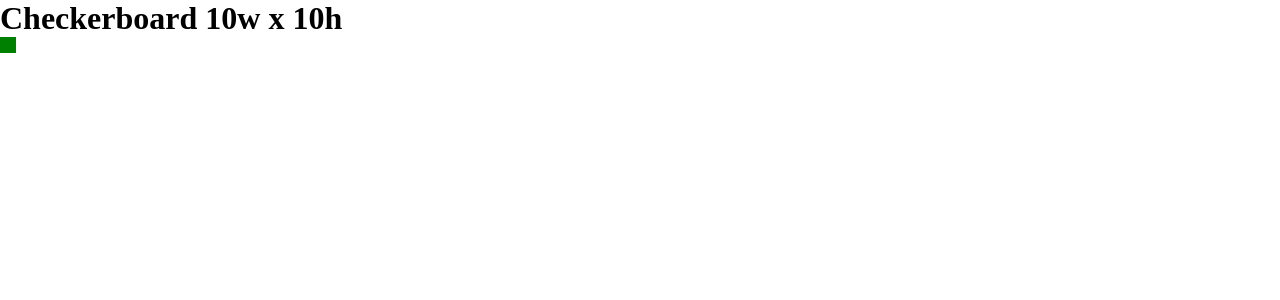
Repository: bchang1213/javaEE
Page: http://localhost/Checkerboard/view.jsp
These files come from the project's save history. The page is drawn as it stood at one moment and after a run of saves; the edit follows.
The browser window is 1280 px wide. The pictures show the whole page.
The page is served by Tomcat 9.

Above is the page before, as saved 2017-10-05 20:40:09.

### Checkerboard/WebContent/view.jsp
<%@ page language="java" contentType="text/html; charset=UTF-8"
    pageEncoding="UTF-8"%>
<!DOCTYPE html PUBLIC "-//W3C//DTD HTML 4.01 Transitional//EN" "http://www.w3.org/TR/html4/loose.dtd">
<html>
<head>
	<meta http-equiv="Content-Type" content="text/html; charset=UTF-8">
	<title>Checkerboard</title>
	<link rel="stylesheet" type="text/css" href="style.css">
</head>
<body>

	<%
	String w = request.getParameter("width");
	String h = request.getParameter("height");
	Integer width = 0;
	Integer height = 0;
	%>
	<% if(w == null) { %>
		<% width = 10; %>
	<% } else { %>
		<% width = Integer.parseInt(w); %>
	<% } %>

	<% if(h == null) { %>
		<% height = 10; %>
	<% } else { %>
		<% height = Integer.parseInt(h); %>
	<% } %>

	<h1>Checkerboard <%= width %>w x <%=  height %>h</h1>
	<div id="checkerboard">
		<%for(int i = 1; i <= width;i++){ %>
			<div class='block'></div>
		<%} %>
	</div>

</body>
</html>

### Checkerboard/WebContent/style.css
* {
	margin: 0px;
	padding: 0px;
}

body{
	width: 500px;
	height: 500px;
}

div.block{
	display: inline-block;
}

#checkerboard:nth-child(odd){
	width:1em;
	height: 1em;
	background-color:red;

}

#checkerboard:nth-child(even){
	width:1em;
	height: 1em;
	background-color:green;
}

After the next 2 saves:
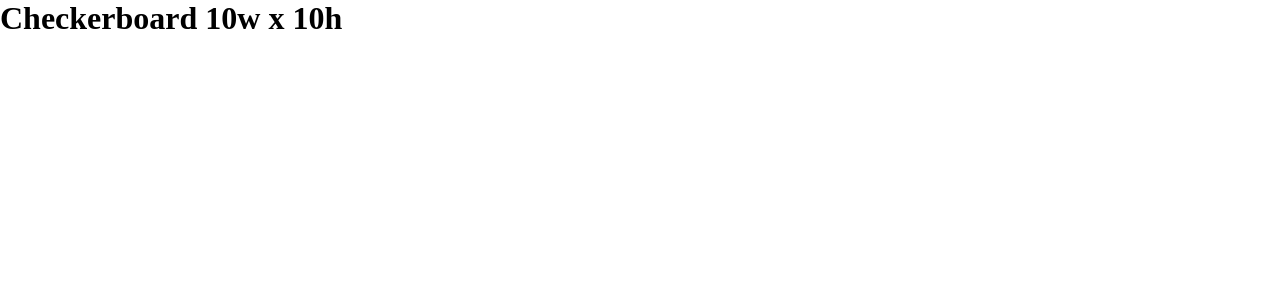
The 2 saves are shown as one change because they came seconds apart.
The last was saved 52 s later.
--- a/Checkerboard/WebContent/style.css
+++ b/Checkerboard/WebContent/style.css
@@ -12,14 +12,14 @@
 	display: inline-block;
 }
 
-#checkerboard:nth-child(odd){
+#checkerboard.div:nth-child(odd){
 	width:1em;
 	height: 1em;
 	background-color:red;
 
 }
 
-#checkerboard:nth-child(even){
+#checkerboard.div:nth-child(even){
 	width:1em;
 	height: 1em;
 	background-color:green;

After the save that followed:
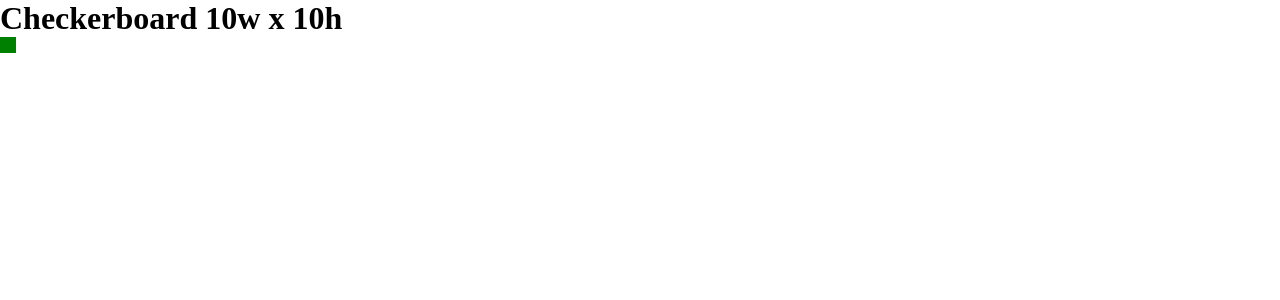
Saved 6 s later.
--- a/Checkerboard/WebContent/style.css
+++ b/Checkerboard/WebContent/style.css
@@ -12,14 +12,14 @@
 	display: inline-block;
 }
 
-#checkerboard.div:nth-child(odd){
+#checkerboard:nth-child(odd){
 	width:1em;
 	height: 1em;
 	background-color:red;
 
 }
 
-#checkerboard.div:nth-child(even){
+#checkerboard:nth-child(even){
 	width:1em;
 	height: 1em;
 	background-color:green;
